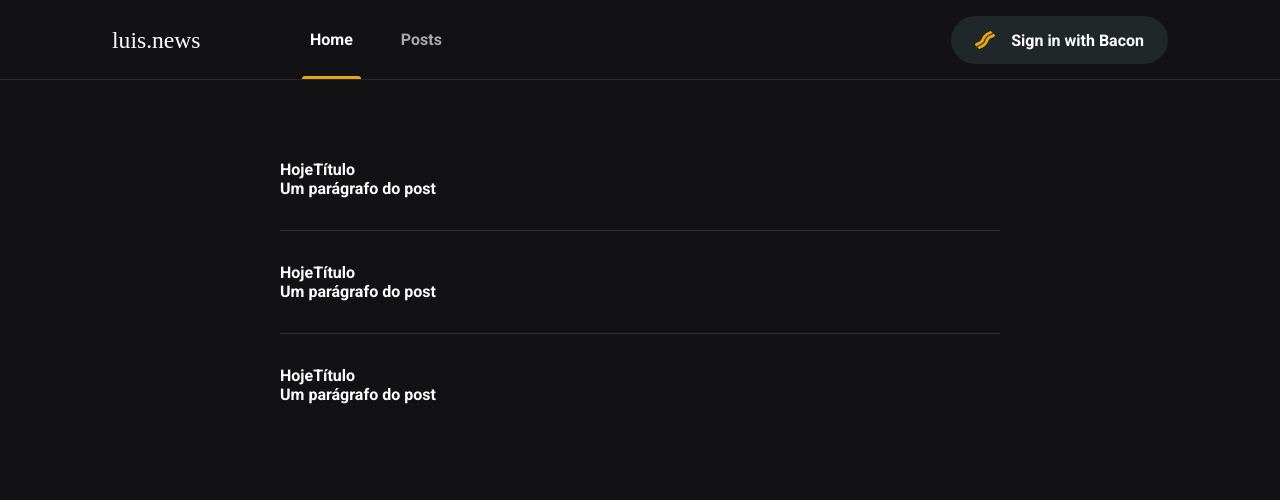
Repository: d4k37/luisnews
Page: /posts
The author's editor kept a copy of each file at every save. The page is drawn from the files as they stood at one save, then again after the next save.
The browser window is 1280 px wide. The pictures show the whole page.
The page's requests for data from a server got no answer. The project was rebuilt for these pictures with package versions that can differ from the ones it lists, and the page was loaded fresh each time. The framework's server and built-in components were replaced by stand-ins that run in the browser. No one was signed in, and anything a server would have sent is missing.

Above is the page before, as saved 2021-06-09 12:36:14.

After the next save:
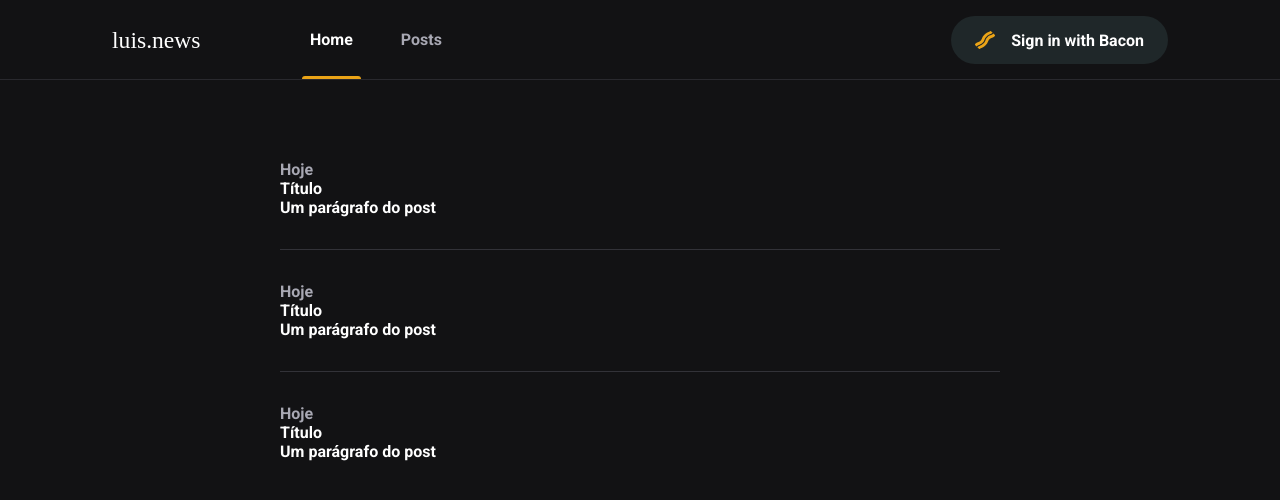
Saved 66 s later.
--- a/src/pages/posts/styles.module.scss
+++ b/src/pages/posts/styles.module.scss
@@ -15,5 +15,12 @@
             padding-top: 2rem;
             border-top: 1px solid var(--gray-700);
         }
+
+        time{
+            font-size: 1rem;
+            display: flex;
+            align-items: center;
+            color: var(--gray-300);
+        }
     }
 }
